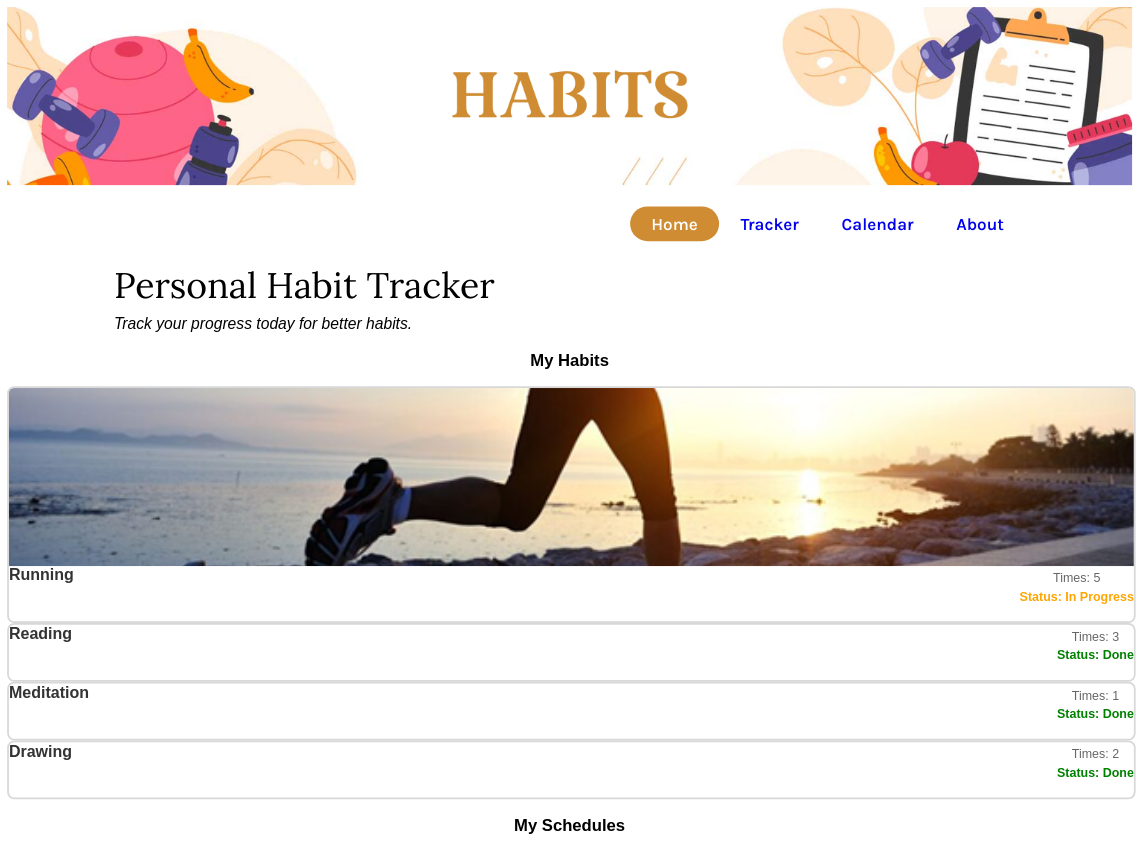
Repository: SandyLy453/habit-tracker
Page: http://localhost/
An editor plug-in stored every save of this project. The page is shown before and after the next save, followed by the edit.
The browser window is 1280 px wide. The pictures show the whole page, at 89% of full size.
The page is served by the project's Node server (server.js).

Above is the page before, as saved 2025-03-14 19:23:51.

### views/pages/home.ejs
<!DOCTYPE html>
<html lang="en">
<head>
    <meta charset="UTF-8">
    <meta name="viewport" content="width=device-width, initial-scale=1.0">
    <link rel="stylesheet" href="/styles.css">

    <!-- Fonts -->
    <link rel="preconnect" href="https://fonts.googleapis.com">
    <link rel="preconnect" href="https://fonts.gstatic.com" crossorigin>
    <link href="https://fonts.googleapis.com/css2?family=Karla:ital,wght@0,200..800;1,200..800&family=Roboto:ital,wght@0,100..900;1,100..900&display=swap" rel="stylesheet">

    <link rel="preconnect" href="https://fonts.googleapis.com">
    <link rel="preconnect" href="https://fonts.gstatic.com" crossorigin>
    <link href="https://fonts.googleapis.com/css2?family=Lora:ital,wght@0,400..700;1,400..700&display=swap" rel="stylesheet">
</head>
<body>
    <%- include('../partials/header', { activePage: 'home' }) %>
    <div class="heading_section">
        <h1>Personal Habit Tracker</h1>
        <p>Track your progress today for better habits.</p>
    </div>

    <section>
        <div>
            <h3>My Habits</h3>
            <div class="card">
                <img src="/images/running.png" alt="Running Image" />
                <div class="habit">
                    <h3>Running</h3>
                    <div class="details">
                        <p>Times: 5</p>
                        <p class="status in-progress">Status: In Progress</p>
                    </div>
                </div>
            </div>
            <div class="card">
                <div class="habit">
                    <h3>Reading</h3>
                    <div class="details">
                        <p>Times: 3</p>
                        <p class="status done">Status: Done</p>
                    </div>
                </div>
            </div>
            <div class="card">
                <div class="habit">
                    <h3>Meditation</h3>
                    <div class="details">
                        <p>Times: 1</p>
                    <p class="status done">Status: Done</p>
                    </div>
                </div>
            </div>
            <div class="card">
                <div class="habit">
                    <h3>Drawing</h3>
                    <div class="details">
                        <p>Times: 2</p>
                        <p class="status done">Status: Done</p>
                    </div>
                </div>
            </div>
        <div>
            <h3>My Schedules</h3>
        </div>
    </section>
</body>
</html>

### views/partials/header.ejs
<!DOCTYPE html>
<html lang="en">
<head>
    <meta charset="UTF-8">
    <meta name="viewport" content="width=device-width, initial-scale=1.0">
    <title>
        <%= typeof title != 'undefined' ? title : 'Page Title' %>
    </title>
    <link rel="stylesheet" href="/styles.css">
    <link rel="preconnect" href="https://fonts.googleapis.com">
    <link rel="preconnect" href="https://fonts.gstatic.com" crossorigin>
    <link href="https://fonts.googleapis.com/css2?family=Karla:ital,wght@0,200..800;1,200..800&family=Roboto:ital,wght@0,100..900;1,100..900&display=swap" rel="stylesheet">
</head>
<body>
    <header>
        <div class="header_container">
            <img src="<%= activePage === 'home' ? '/images/home_banner.png' : activePage === 'tracker' ? '/images/tracker_banner.png' : activePage === 'calendar' ? '/images/calendar_banner.png' : '/images/about_banner.png' %>" alt="Banner Images"/>
            <ul class="header">
                <li><a href="/" class="header_items <%= activePage === 'home' ? 'highlight' : '' %>">Home</a></li>
                <li><a href="/tracker" class="header_items <%= activePage === 'tracker' ? 'highlight' : '' %>">Tracker</a></li>
                <li><a href="/calendar" class="header_items <%= activePage === 'calendar' ? 'highlight' : '' %>">Calendar</a></li>
                <li><a href="/about" class="header_items <%= activePage === 'about' ? 'highlight' : '' %>">About</a></li>
              </ul>
        </div>
    </header>
</body>
</html>

### server.js
import pg from 'pg';
import express from 'express';
import bodyParser from 'body-parser';
import dotenv from 'dotenv';
import path from 'path';
import { fileURLToPath } from 'url';

const __filename = fileURLToPath(import.meta.url);
const __dirname = path.dirname(__filename);

dotenv.config();

// Database setup
const db = new pg.Client({
  user: process.env.DB_USER,
  host: process.env.DB_HOST,
  database: process.env.DB_DATABASE,
  password: process.env.DB_PASSWORD,
  port: process.env.DB_PORT,
});

db.connect()
  .then(() => {
    console.log('Connected to the database');
  })
  .catch(err => {
    console.error('Database connection error:', err.stack);
});

const app = express();
const port = 3000;

app.set('views', path.join(__dirname, 'views'));

// Middleware
app.use(bodyParser.urlencoded({ extended: true }));
app.use(express.static('public'));  // Serve static files from the public folder
app.set('view engine', 'ejs');

// Routes
app.get('/', (req, res) => {
  res.render('pages/home', {
    title: "Personal Habit Tracker",
    activePage: 'home',
    paragraph: "Track your progress today for better habits."
  });
});

app.get('/tracker', (req, res) => {
  res.render('pages/tracker', {
    title: "My Habits Tracker",
    activePage: 'tracker',
    paragraph: " "
  });
});

app.get('/calendar', (req, res) => {
  res.render('pages/calendar', {
    title: "My Calendar",
    activePage: 'calendar',
    paragraph: " "
  });
});

app.get('/about', (req, res) => {
  res.render('pages/about', {
    title: "About",
    activePage: 'about',
  });
});

app.listen(port, () => {
  console.log(`App listening at port ${port}`);
});

### public/styles.css
:root {
    --header-font: "Karla", sans-serif;
    --heading-font: "Lora", serif;

    --font-styles-bold: 600;
    --font-styles-regular: 400;
    --header-large: 1.2rem;
    --page-heading: 2.5rem;
    --page-details: 1.1rem;

    --highlight-color: #CF8C33;
}

body {
    font-family: Arial, sans-serif;
    text-align: center;
}

input, button {
    margin: 5px;
    padding: 8px;
}

/* Header */
.header_container img {
    margin: 0;
    padding: 0;
    display: block;
    width: 100%;
    height: 100%;
    object-fit: cover;
}

.header {
    display: flex;
    flex-direction: row;
    justify-content:flex-end;
    list-style: none;
    margin: 2rem 120px;
    font-family: var(--header-font);
    font-weight: var(--font-styles-bold);
    font-size: var(--header-large);
}

.header_items {
    text-decoration: none;
    padding: .5rem 1.5rem;
    border-radius: 20px;
}

.header_items.highlight {
    color: white;
    background-color: var(--highlight-color);
}

/* Home Page */
.heading_section {
    text-align: left;
    margin: 0 120px;
}

.heading_section h1 {
    font-family: var(--heading-font);
    font-weight: var(--font-styles-regular);
    font-size: var(--page-heading);
    margin-bottom: 0;
}

.heading_section p {
    font-size: var(--page-details);
    margin-top: .5rem;
    font-style: italic;
}

/* Home Page Cards */
.card {
    position: relative;
    width: 100%;
    height: 100%;
    display: flex;
    flex-direction: column;
    border-radius: 8px;
    overflow: hidden;
    border: 2px solid #D8D8D8;
  }

  .card img {
    width: 100%;
    height: 200px; /* Adjust the height as needed */
    object-fit: cover; /* Ensures the image covers the card area without stretching */
  }

.habit {
    display: flex;
    flex-direction: row;
    justify-content: space-between;
    margin-bottom: 15px;
}

.habit h3 {
    margin: 0;
    font-size: 18px;
    color: #333;
}

.habit p {
    margin: 5px 0;
    font-size: 14px;
    color: #666;
}

.status {
    font-weight: bold;
}

.status.in-progress {
    color: #ffa500;
}

.status.done {
    color: #008000;
}

After the next save:
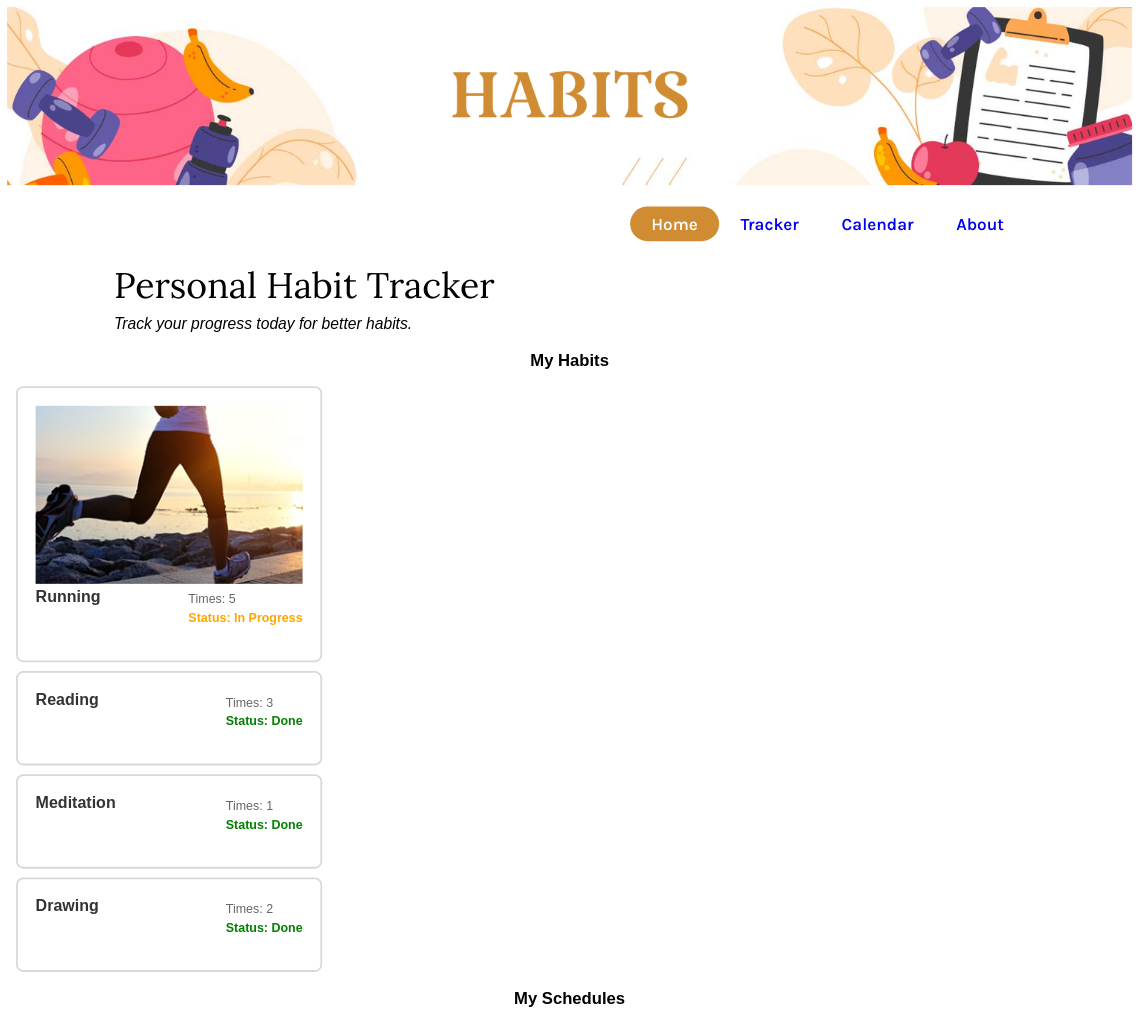
Saved 23 s later.
--- a/public/styles.css
+++ b/public/styles.css
@@ -73,16 +73,18 @@ input, button {
 }
 
 /* Home Page Cards */
+
 .card {
     position: relative;
-    width: 100%;
-    height: 100%;
-    display: flex;
-    flex-direction: column;
+    background-color: white;
     border-radius: 8px;
+    border: 2px solid #D8D8D8;
+    padding: 20px;
+    width: 300px;
+    margin: 10px;
+    text-align: left;
     overflow: hidden;
-    border: 2px solid #D8D8D8;
-  }
+}
 
   .card img {
     width: 100%;
